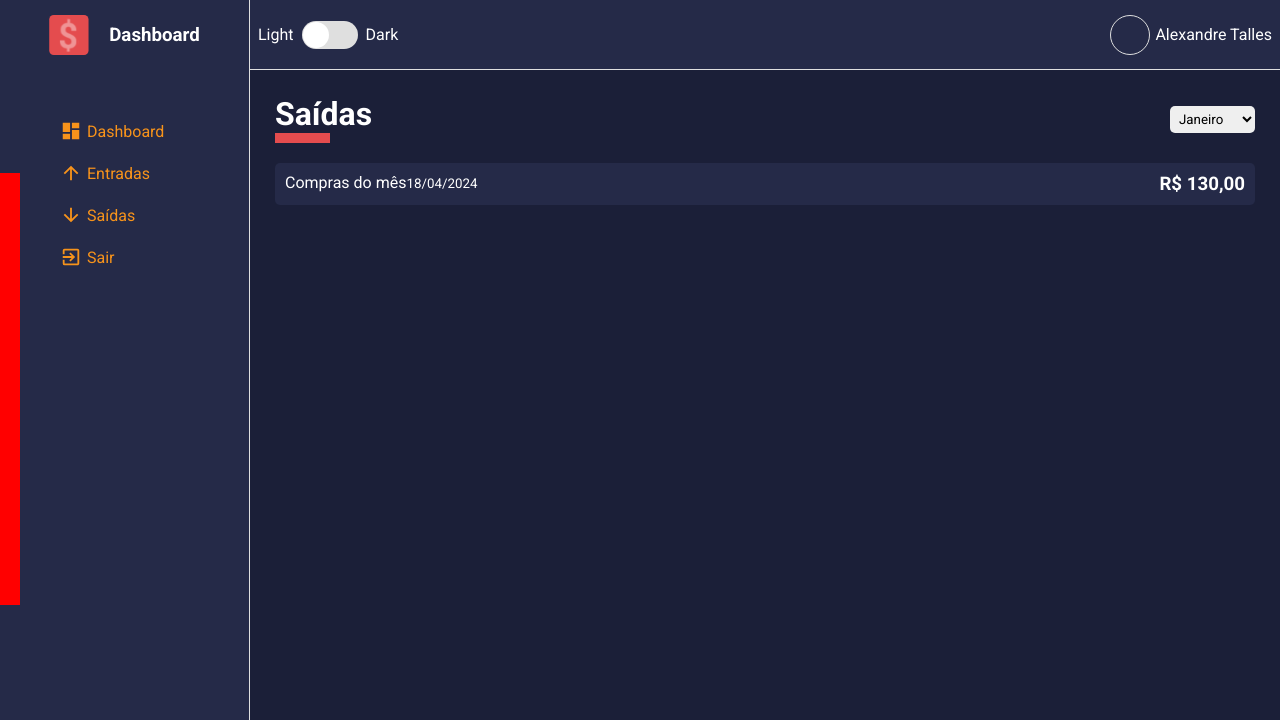
Repository: XFERRER7/dashboard
Page: /
The author's editor kept a copy of each file at every save. The page is drawn from the files as they stood at one save, then again after the next save.
The browser window is 1280 px wide. The pictures show the whole page.
The project was rebuilt for these pictures with package versions that can differ from the ones it lists, and the page was loaded fresh each time. Also part of the build but not shown: vite.config.ts.

Above is the page before, as saved 2022-07-11 16:50:14.

After the next save:
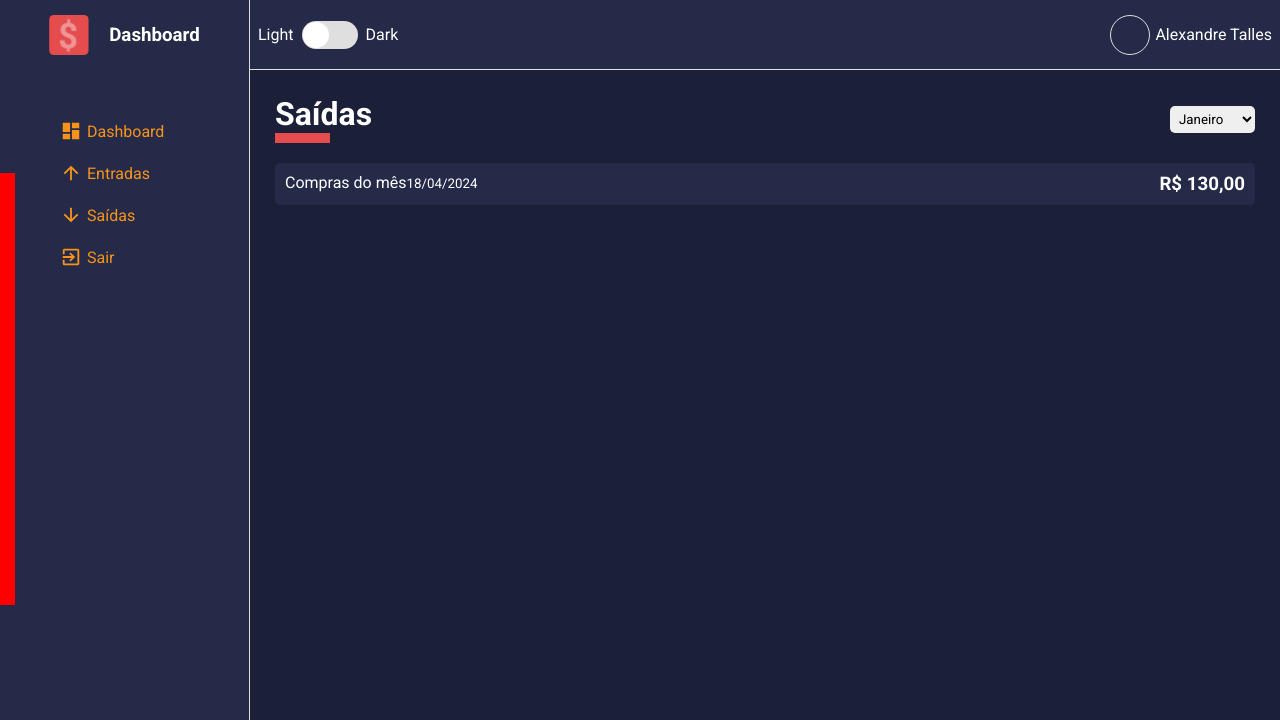
Saved 6 s later.
--- a/src/components/CardFinance/Styles.ts
+++ b/src/components/CardFinance/Styles.ts
@@ -17,6 +17,6 @@ export const Highlighter = styled.div`
   position: absolute;
   left: 0;
   background-color: red;
-  width: 20px;
+  width: 15px;
   height: 60%;
 `
